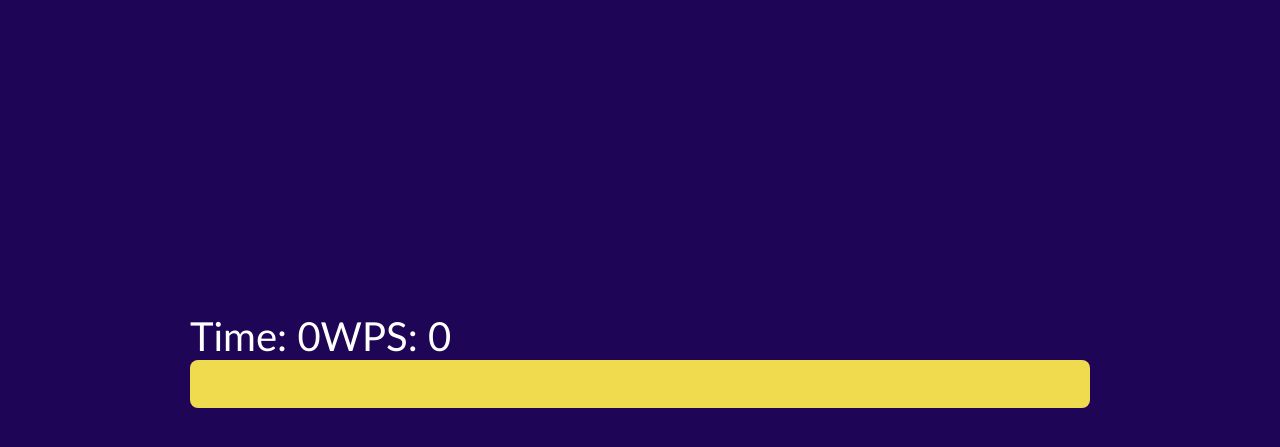
Repository: KhangNguyenIU/Vanilajs-TypingSpeed
Page: index.html
These files come from the project's save history. The page is drawn as it stood at one moment and after the next save; the edit follows.
The browser window is 1280 px wide. The pictures show the whole page.
The page's requests for data from a server got no answer.

Above is the page before, as saved 2021-10-15 13:40:42.

### index.html
<!DOCTYPE html>
<html lang="en">
  <head>
    <meta charset="UTF-8" />
    <meta http-equiv="X-UA-Compatible" content="IE=edge" />
    <meta name="viewport" content="width=device-width, initial-scale=1.0" />
    <link rel="stylesheet" href="style.css" />
    <link
      rel="stylesheet"
      href="https://cdnjs.cloudflare.com/ajax/libs/font-awesome/6.0.0-beta2/css/all.min.css"
      integrity="sha512-YWzhKL2whUzgiheMoBFwW8CKV4qpHQAEuvilg9FAn5VJUDwKZZxkJNuGM4XkWuk94WCrrwslk8yWNGmY1EduTA=="
      crossorigin="anonymous"
      referrerpolicy="no-referrer"
    />
    <link
      href="https://fonts.googleapis.com/css2?family=Lora:ital,wght@0,400;0,500;1,400;1,500&display=swap"
      rel="stylesheet"
    />
    <script src="script.js" defer></script>
    <title>Typing Game</title>
  </head>
  <body>
    <body>
      <div class="container">
        <div class="display-info">
          <div class="timer">
            <span>Time: </span>
            <span id="timer">0</span>
          </div>
          <div class="word-speed">
            <span> WPS: </span>
            <span id="word-speed"> 0.0 </span>
          </div>
        </div>
        <div class="typing-box">


          <div class="quote-display" id="quoteDisplay"></div>
        </div>
      </div>

      <div class="modal" id="modal">
        <div class="modal-body">
          <i class="fas fa-times" id="close-icon"></i>
          <p class="text-primary">Congratulation</p>
          <p class="text-secondary">Accuracy :<span id="accuracy"></span> %</p>
          <p class="text-secondary">Word per seconds: <span id="wps"></span></p>
        </div>
      </div>
      <div id="overlay"></div>
    </body>
  </body>
</html>

### style.css
* {
    box-sizing: border-box;
  }

  body {
    display: flex;
    justify-content: center;
    align-items: center;
    min-height: 100vh;
    margin: 0;
    background-color: #1E0555;
  }

  body, .quote-input {
    font-family: 'Gill Sans', 'Gill Sans MT', Calibri, 'Trebuchet MS', sans-serif;
  }

  .container{
    margin: 0 auto;
    width: 900px;
    height: 100vh;
    display: flex;
    flex-direction: column;
    justify-content: center;
    align-items: center;
  }

  .text-primary{
    font-size: 32px;
    font-family: "Lora", sans-serif;
    color: rgba(0, 0, 0, .8  );
  }

  .text-secondary{
    font-size: 22px;
    font-family: "Lora", serif;
  }

  .typing-box {
    background-color: #F0DB4F;
    padding: 1rem;
    border-radius: .5rem;
    width: 100%;
  }

  #overlay {
    position: fixed;
    opacity: 0;
    transition: 200ms ease-in-out;
    top: 0;
    left: 0;
    right: 0;
    bottom: 0;
    background-color: rgba(0, 0, 0, .5  );
    pointer-events: none;
  }

  #overlay.active{
    opacity: 1;
    pointer-events: all;
  }
  .modal {
    opacity: 0;
    position: absolute;
    top: 50%;
    left: 50%;
    transform: translate(-50%, -50%);
    transition: 200ms ease-in-out;
    border-radius: 5px;
    z-index: 10;
    background-color: white;
    width: 500px;
    height: 500px;
    max-width: 80%;
    display: flex;
    flex-direction: column;
    justify-content: center;
    align-items: center;
  }

  .modal.active{
    opacity: 1;
  }


  .display-info{
    display: flex;
    /* justify-content: space-between; */
    width: 100%;
    font-size: 40px;
    color: white;
  }

  .quote-display {
    margin-bottom: 1rem;
    margin-left: calc(1rem + 2px);
    margin-right: calc(1rem + 2px);
    font-size: 26px;
    letter-spacing: 1.5px;
    line-height: 40px;
    color: rgba(0,0,0,.5);
  }

  .current-char{
    color:black;
    text-decoration: underline;

  }

  .quote-input {
    background-color: transparent;
    border: 2px solid #A1922E;
    outline: none;
    width: 100%;
    height: 8rem;
    margin: auto;
    resize: none;
    padding: .5rem 1rem;
    font-size: 1rem;
    border-radius: .5rem;
  }

  .quote-input:focus {
    border-color: black;
  }

  .correct {
    color: green;
  }

  .incorrect {
    color: red;
  }

  #close-icon{
    position: absolute;
    top: 20px;
    left: 50%;
    font-size: 20px;
    cursor: pointer;
  }

### script.js
const RANDOM_QUOTE_API_URL = "http://api.quotable.io/random"

const quoteDisplayElement = document.getElementById('quoteDisplay')
const quoteInputElement = document.getElementById('quoteInput')
const timerDisplay = document.getElementById("timer")
const modal = document.getElementById("modal")
const overlay = document.getElementById("overlay")
const wordSpeedDisplay = document.getElementById('word-speed')
const closeButton = document.getElementById("close-icon")
const blockedKey = [91, 20, 18, 17, 16, 13, 9]
let current = 0
let correct = 0
let incorrect=0;
let duration;
let wordSpeed;
let flag = false
let startTime;
var interval;
let wordLength;


closeButton.addEventListener("click",function(){
    closeModal()
})

overlay.addEventListener("click",function(){
    console.log("click")
    closeModal()
})
function openModal(){
    modal.classList.add("active")
    overlay.classList.add("active")
    updateResult()
}

function closeModal(){
    modal.classList.remove("active")
    overlay.classList.remove("active")
    renderNewQuote()
}

function updateResult(){
    const accuracyResult = document.getElementById("accuracy")
    const wpsResult = document.getElementById("wps")
    accuracyResult.innerText = Math.ceil(((wordLength- incorrect)/wordLength)*100)
    wpsResult.innerText = wordSpeed
}
function getRandomQuote() {
    return fetch(RANDOM_QUOTE_API_URL)
        .then(response => response.json())
        .then(data => data.content)
}

const startTimer = () => {
    let current = new Date()
    duration = Math.floor((current - startTime) / 1000)
    wordSpeed = (correct / duration).toFixed(2);
    wordSpeedDisplay.innerText = wordSpeed
    timerDisplay.innerText = duration
}


document.addEventListener('keydown', onTyping)

function onTyping(event) {

    if (!flag) {
        startTime = new Date()
        interval = setInterval(startTimer, 1000)
        flag = true
    }
    let arrayQuote = quoteDisplayElement.querySelectorAll("span")

    if (!blockedKey.includes(event.keyCode)) {
        if (event.key == arrayQuote[current].innerText) {
            arrayQuote[current].classList.remove("current-char")
            arrayQuote[current].classList.add("correct")
            current = current += 1;
            correct += 1
            if (current < arrayQuote.length)
                arrayQuote[current].classList.add("current-char")
            if (current >= arrayQuote.length) {
                clearInterval(interval)
                openModal()
                return;
            }
        }

        else {
            arrayQuote[current].classList.add("incorrect")
            incorrect ++;
        }
    }

}

async function renderNewQuote() {
    duration=0;
    wordSpeed=0;
    timerDisplay.innerText = 0;
    wordSpeedDisplay.innerText = 0
    const quote = await getRandomQuote();
    quoteDisplayElement.innerHTML = ""
    quote.split("").forEach(element => {
        const characterSpan = document.createElement("span")
        characterSpan.innerText = element
        quoteDisplayElement.appendChild(characterSpan)
    });
    quoteDisplayElement.querySelector("span").classList.add("current-char")
    wordLength = quoteDisplayElement.querySelectorAll("span").length
}



renderNewQuote()

After the next save:
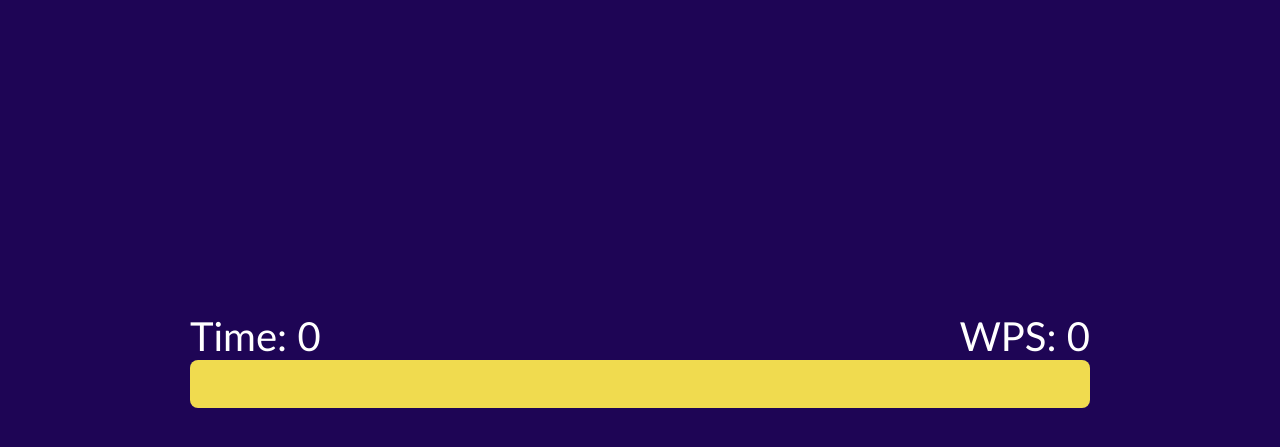
Saved 4 s later.
--- a/style.css
+++ b/style.css
@@ -85,7 +85,7 @@
 
   .display-info{
     display: flex;
-    /* justify-content: space-between; */
+    justify-content: space-between;
     width: 100%;
     font-size: 40px;
     color: white;
